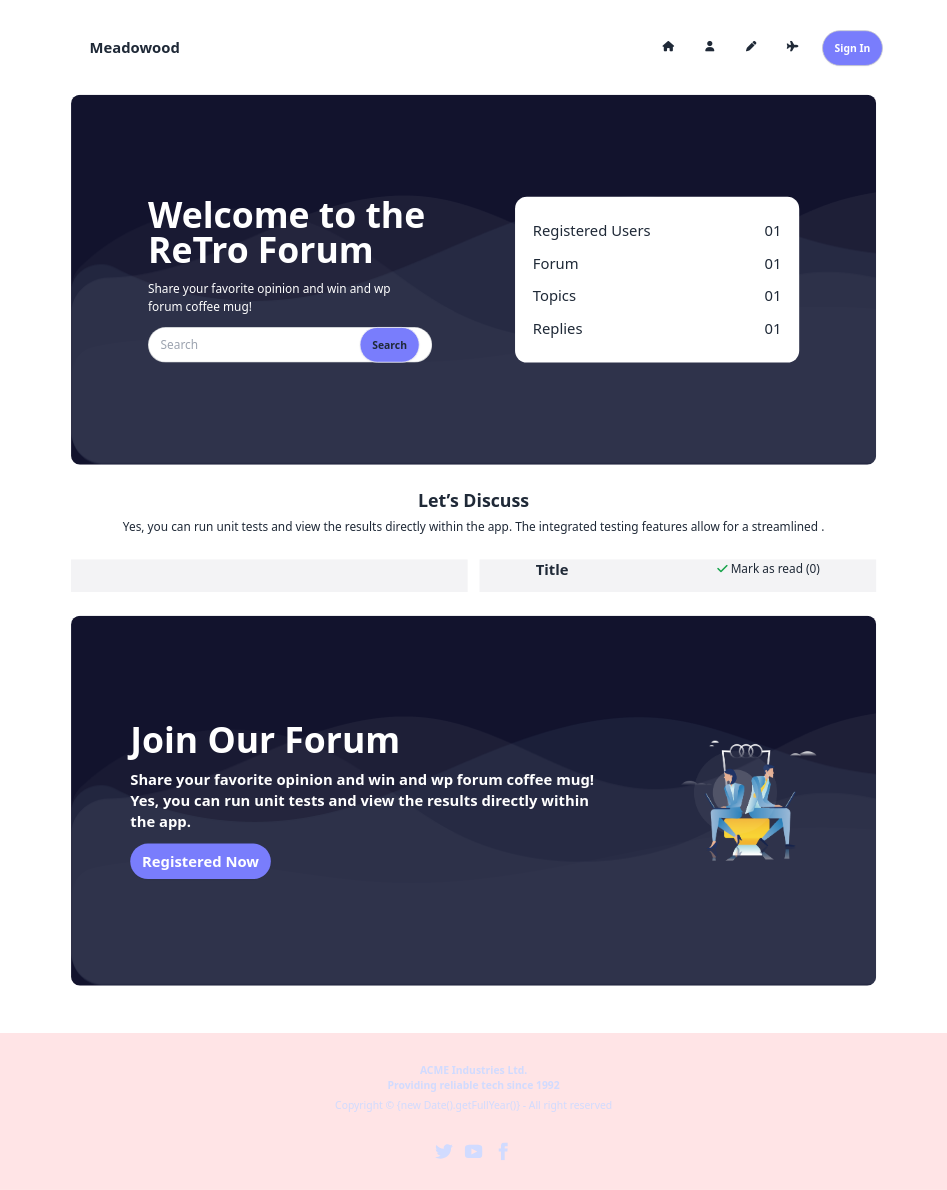
Repository: RudrasahaDibos/Meadowood-Forum
Page: index.html
An editor plug-in stored every save of this project. The page is shown before and after the next save, followed by the edit.
The browser window is 1280 px wide. The pictures show the whole page, at 74% of full size.
The page's requests for data from a server got no answer. Some web libraries are served in a nearby version.

Above is the page before, as saved 2024-11-25 11:14:28.

### index.html
<!DOCTYPE html>
<html lang="en">
    <head>
        <meta charset="UTF-8">
        <meta name="viewport" content="width=device-width, initial-scale=1.0">
        <title>Meadowood Forum</title>

        <!-- tailwind  -->
        <link
            href="https://cdn.jsdelivr.net/npm/daisyui@4.12.14/dist/full.min.css"
            rel="stylesheet" type="text/css" />
        <script src="https://cdn.tailwindcss.com"></script>

        <!-- font awesome  -->
        <link rel="stylesheet"
            href="https://cdnjs.cloudflare.com/ajax/libs/font-awesome/6.7.1/css/all.min.css"
            integrity="sha512-5Hs3dF2AEPkpNAR7UiOHba+lRSJNeM2ECkwxUIxC1Q/FLycGTbNapWXB4tP889k5T5Ju8fs4b1P5z/iB4nMfSQ=="
            crossorigin="anonymous" referrerpolicy="no-referrer" />

    </head>
    <body >
        <!-- header is start here  -->
        <header class="mt-8 container mx-auto lg:px-24 px-8">
            <!-- navbar is start here  -->
            <div class="navbar bg-base-100">
                <div class="flex-1">
                    <a class="btn btn-ghost text-xl">Meadowood</a>
                </div>
                <div class="flex-none">
                    <div class="dropdown dropdown-end mr-6">
                        <div role="button"
                            class="btn btn-ghost btn-circle flex w-full  ">
                            <div
                                class="indicator rounded-full border-1 h-8 w-8 mr-4 tooltip"
                                data-tip="home">
                                <i
                                    class="fa-solid fa-house h-5 w-5 mx-auto mt-2"></i>
                            </div>
                            <div
                                class="indicator rounded-full border-1 h-8 w-8 mr-4 tooltip"
                                data-tip="User">
                                <i
                                    class="fa-solid fa-user h-5 w-5 mx-auto mt-2"></i>
                            </div>
                            <div
                                class="indicator rounded-full border-1 h-8 w-8 mr-4 tooltip"
                                data-tip="pen">
                                <i
                                    class="fa-solid fa-pen h-5 w-5 mx-auto mt-2"></i>
                            </div>
                            <div
                                class="indicator rounded-full border-1 h-8 w-8 mr-4 tooltip"
                                data-tip="flight">
                                <i
                                    class="fa-solid fa-plane h-5 w-5 mx-auto mt-2"></i>
                            </div>
                        </div>

                    </div>
                    <div class="dropdown dropdown-end">
                        <div tabindex="0" role="button"
                            class="btn btn-ghost btn-circle avatar">

                            <button
                                class="btn btn-active bg-[#797DFC] text-white rounded-full ">Sign
                                In</button>

                        </div>
                        <ul
                            tabindex="0"
                            class="menu menu-sm dropdown-content bg-base-100 rounded-box z-[1] mt-3 w-52 p-2 shadow">
                            <li>
                                <a class="justify-between">
                                    Profile
                                    <span class="badge">New</span>
                                </a>
                            </li>
                            <li><a>Settings</a></li>
                            <li><a>Logout</a></li>
                        </ul>
                    </div>
                </div>
            </div>
            <!-- navbar is  end here  -->

            <!-- bannner start here  -->
            <div
                class="lg:w-full w-[450px] relative bg-no-repeat bg-cover h-[500px] z-0 rounded-xl overflow-hidden mt-8 bg-[#12132D]"
                style="background-image: url('/images/bgbanner.png');">
                <div
                    class="relative top-0 left-0 w-full h-full z-10  flex lg:flex-row flex-col justify-center items-center gap-28 ">

                    <div class="lg:space-y-4 space-y-2 lg:mt-0 mt-20">
                        <h2
                            class="lg:text-5xl text-xl font-extrabold font-manrope text-white">Welcome
                            to the <br> ReTro Forum</h2>
                        <p class="text-white">Share your favorite opinion and
                            win and wp <br> forum coffee mug!</p>
                        <label
                            class="input input-bordered flex items-center gap-2 w-96 rounded-full">
                            <input type="text" class="grow"
                                placeholder="Search" />
                            <button
                                class="btn bg-[#797DFC] rounded-full">Search</button>
                        </label>
                    </div>

                    <div
                        class="menu bg-[#FFFFFF] rounded-box w-96 h-56 lg:mb-0 mb-20">
                        <div class="p-4 space-y-4 mt-2 ">

                            <div class="flex justify-between"><a
                                    class="text-xl ">Registered Users</a><a
                                    class="text-xl ">01</a></div>
                            <div class="flex justify-between"><a
                                    class="text-xl ">Forum</a><a
                                    class="text-xl">01</a></div>
                            <div class="flex justify-between"><a
                                    class="text-xl ">Topics</a><a
                                    class="text-xl">01</a></div>
                            <div class="flex justify-between"><a
                                    class="text-xl ">Replies</a><a
                                    class="text-xl ">01</a></div>
                        </div>
                    </div>

                </div>
            </div>
            <!-- bannner end here  -->

        </header>
        <!-- header is end here  -->

        <!-- main is start here  -->
        <main class="container mx-auto lg:px-24 px-8">
            <!-- Let’s Discuss  starts here  -->
           <div class="ml-4 lg:ml-0">
            <h1 class="text-2xl text-center font-semibold mt-8">Let’s Discuss</h1>
            <p class="text-center mx-auto mt-2 ">Yes, you can run unit tests and view the results directly within
                the app. The integrated testing features allow for a streamlined
                .</p>
           </div>
            <!-- Let’s Discuss start here -->
            <section class="mt-8">
                <!-- card start here -->
                    <div class="flex gap-4 flex-col lg:flex-row  ">
                        <div  id="card-conatiner" class="space-y-4 bg-[#F3F3F5] lg:w-full  w-[450px]  ">


                        </div>

                        <!-- card ends here -->

                        <div class="space-y-4 bg-[#F3F3F5] lg:w-full w-96 flex flex-col  items-center ">
                             <div class="flex gap-4 justify-between w-96">
                                <p class="text-xl font-bold">Title</p>
                                <p ><i class="fa-solid fa-check text-green-600"></i> Mark as read (<span id="mark-read">0</span>)</p>
                             </div>
                            <div id="secondcard-container" class="space-y-4 bg-[#F3F3F5] lg:w-full  w-[450px] ">


                                 <div>

                                 </div>


                              </div>


                        </div>
                    </div>
                    <!-- card end here -->
            </section>

                 <!-- resgistart start here  -->
                       <section class="mt-8">
                        <div
                        class="lg:w-full w-[450px] relative bg-no-repeat bg-cover h-[500px] z-0 rounded-xl overflow-hidden mt-8 bg-[#12132D] p-20"
                        style="background-image: url('/images/bgbanner.png');">
                        <div
                            class="relative top-0 left-0 w-full h-full z-10  flex lg:flex-row flex-col justify-center items-center gap-28 ">

                            <div class="lg:space-y-4 space-y-2 lg:mt-0 mt-24">
                                <h2
                                    class="lg:text-5xl text-xl font-extrabold font-manrope text-white">Join Our Forum</h2>
                                <p class="text-white text-xl font-bold ">Share your favorite opinion and win and wp forum coffee mug! Yes, you can  run unit tests and view the results directly within the app. </p>


                                    <button
                                        class="btn bg-[#797DFC] rounded-full text-white border-none  mx-auto text-xl ">Registered Now</button>

                            </div>

                            <div
                                class="">
                                 <img src="images/joinforum.png" alt="">
                            </div>

                        </div>
                    </div>
                       </section>

                 <!-- registart end here -->

                <!-- latest card  startt here -->
                 <section class="mt-8">

                  <div id="latest-card" class="grid lg:grid-cols-3 grid-cols-1">

                  </div>
                 </section>

                <!-- latest crd end here -->


        </main>
        <!-- main is end here  -->

        <!-- footer is start here  -->
        <footer class="footer footer-center bg-rose-100 text-primary-content p-10 mt-8">
            <aside>

              <p class="font-bold">
                ACME Industries Ltd.
                <br />
                Providing reliable tech since 1992
              </p>
              <p>Copyright © {new Date().getFullYear()} - All right reserved</p>
            </aside>
            <nav>
              <div class="grid grid-flow-col gap-4">
                <a>
                  <svg
                    xmlns="http://www.w3.org/2000/svg"
                    width="24"
                    height="24"
                    viewBox="0 0 24 24"
                    class="fill-current">
                    <path
                      d="M24 4.557c-.883.392-1.832.656-2.828.775 1.017-.609 1.798-1.574 2.165-2.724-.951.564-2.005.974-3.127 1.195-.897-.957-2.178-1.555-3.594-1.555-3.179 0-5.515 2.966-4.797 6.045-4.091-.205-7.719-2.165-10.148-5.144-1.29 2.213-.669 5.108 1.523 6.574-.806-.026-1.566-.247-2.229-.616-.054 2.281 1.581 4.415 3.949 4.89-.693.188-1.452.232-2.224.084.626 1.956 2.444 3.379 4.6 3.419-2.07 1.623-4.678 2.348-7.29 2.04 2.179 1.397 4.768 2.212 7.548 2.212 9.142 0 14.307-7.721 13.995-14.646.962-.695 1.797-1.562 2.457-2.549z"></path>
                  </svg>
                </a>
                <a>
                  <svg
                    xmlns="http://www.w3.org/2000/svg"
                    width="24"
                    height="24"
                    viewBox="0 0 24 24"
                    class="fill-current">
                    <path
                      d="M19.615 3.184c-3.604-.246-11.631-.245-15.23 0-3.897.266-4.356 2.62-4.385 8.816.029 6.185.484 8.549 4.385 8.816 3.6.245 11.626.246 15.23 0 3.897-.266 4.356-2.62 4.385-8.816-.029-6.185-.484-8.549-4.385-8.816zm-10.615 12.816v-8l8 3.993-8 4.007z"></path>
                  </svg>
                </a>
                <a>
                  <svg
                    xmlns="http://www.w3.org/2000/svg"
                    width="24"
                    height="24"
                    viewBox="0 0 24 24"
                    class="fill-current">
                    <path
                      d="M9 8h-3v4h3v12h5v-12h3.642l.358-4h-4v-1.667c0-.955.192-1.333 1.115-1.333h2.885v-5h-3.808c-3.596 0-5.192 1.583-5.192 4.615v3.385z"></path>
                  </svg>
                </a>
              </div>
            </nav>
          </footer>
        <!-- footer is end here  -->
         <script src="app.js"></script>
    </body>
</html>

### app.js
const loadforum = async() =>{
    const res = await fetch('https://openapi.programming-hero.com/api/retro-forum/posts')
    const data =await res.json()
    const CardContainer = document.getElementById('card-conatiner')

    data.posts.forEach(items => {
        console.log(items)
         const div = document.createElement('div')
         div.classList = `card card-side bg-base-100 shadow-xl`
         div.innerHTML =`
                                         <div class="avatar indicator">

                                           <span class="indicator-item ml-16 mt-4  indicator-start badge badge-secondary">${items.isActive === false}</span>
                                        <div class="lg:h-20 lg:ml-2 lg:mt-3 lg:w-full lg:mx-auto lg:rounded-3xl rounded-full h-20 ">
                                          <img
                                            alt="Tailwind CSS examples"
                                            src="${items.image}" />
                                        </div>
                                      </div>

                                <div class="card-body">
                                    <div class="flex justify-between">
                                        <p>#${items.category}</p>
                                        <p>Author : ${items.author.name}</p>
                                    </div>
                                  <h2 class="card-title">${items.title}</h2>
                                  <p>${items.description}</p>
                                   <p class="border-2 border-dotted "></p>
                                    <div class="flex justify-between">
                                        <div class="flex gap-4 ">
                                       <p class="flex justify-center items-center gap-2"><i class="fa-regular fa-message"></i>${items.comment_count}</p>
                                        <p class="flex justify-center items-center gap-2"><i class="fa-regular fa-eye"></i>${items.posted_time}</p>
                                        <p class="flex justify-center items-center gap-2"><i class="fa-regular fa-compass"></i>${items.view_count}</p>
                                        </div>
                                        <div class=" bg-green-600 h-10 w-10 rounded-full">
                                        <button onClick="handledetails('${items.title}','${items.view_count}')"><i class="fa-solid fa-envelope text-white flex justify-center items-center ml-3 mt-3"></i> </button>

                                        </div>
                                    </div>

                                </div>


         `
         CardContainer.appendChild(div)
    });
}

  const handledetails = async(title,view_count) =>{
    const Cart = getValueElementById('mark-read')
    const totalCart = Cart +1
    setInnerText('mark-read',totalCart)


    const secondcard = document.getElementById('secondcard-container')
        const div = document.createElement('div')
        div.classList = `card  bg-base-100 shadow-xl`
        div.innerHTML = `


                                <div class="card-body flex mx-auto justify-between">
                                   <div>
                                      <h2 class="">${title}</h2>
                                 </div>
                                    <div>
                                        <p class=""><i class="fa-regular fa-eye">${view_count}</i></p>
                                 </div>


                                </div>

        `
        secondcard.appendChild(div)


  }


  function setInnerText(id,value){
    document.getElementById(id).innerText = value
  }

  function getValueElementById(id){
    const getvalueText = document.getElementById(id).innerText
    const getValueint = parseInt(getvalueText)
    return getValueint
   }
   const loadletest = async() =>{
       const res = await fetch(' https://openapi.programming-hero.com/api/retro-forum/latest-posts')
       const data = await res.json()

       const latestCard = document.getElementById('latest-card')
       data.forEach(items => {
        console.log(items)
          const div = document.createElement('div')
          div.classList =`card bg-base-100 w-96 shadow-xl`
          div.innerHTML=`
                             <figure class="px-10 pt-10">
                            <img
                              src="${items.cover_image}"
                              alt=""
                              class="rounded-xl" />
                          </figure>

                          <div class="card-body ">
                          <h2 class="flex items-center  gap-4"><i class="fa-solid fa-calendar-days"></i>${items.author.posted_date || 'No publish date'}</h2>
                            <h2 class="card-title">${items.title}</h2>
                            <p>${items.description}</p>
                            <div class="navbar bg-base-100">

                    <div class="flex-none gap-2">
                        <div class="dropdown dropdown-end">
                            <div tabindex="0" role="button" class="btn btn-ghost btn-circle avatar">
                              <div class="w-10 rounded-full">
                                <img
                                  alt="Tailwind CSS Navbar component"
                                  src="${items.profile_image}" />
                              </div>
                            </div>

                          </div>

                           <div class="">
                              <h2 class="text-2xl text-black font-bold">${items.author.name}</h2>
                              <span>${items.author.designation || "Unknown"}</span>
                           </div>

                    </div>
                  </div>
                          </div>
          `
          latestCard.appendChild(div)
       });
   }


loadforum()
loadletest()

After the next save:
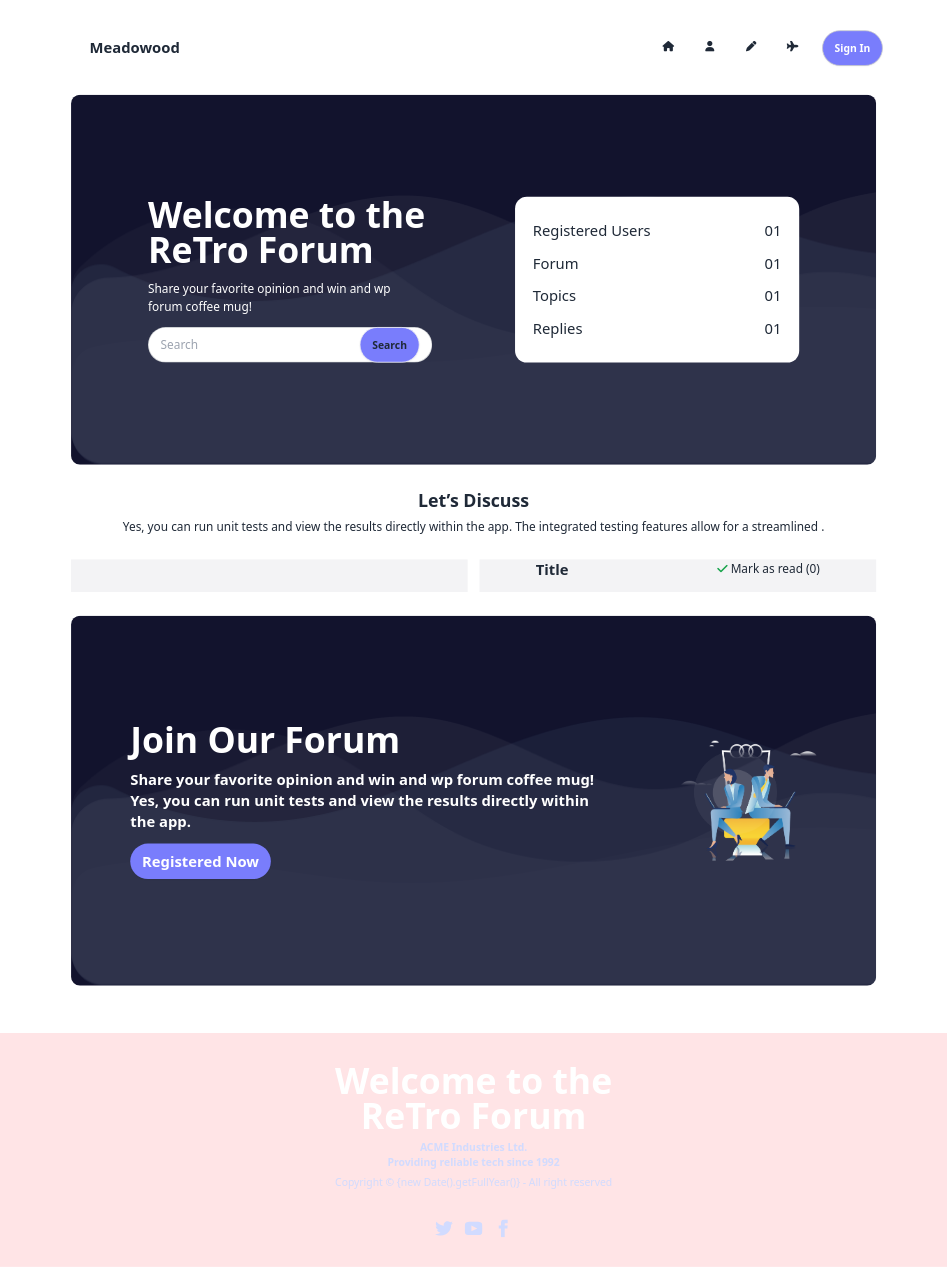
Saved 26 s later.
--- a/index.html
+++ b/index.html
@@ -219,7 +219,9 @@
         <!-- footer is start here  -->
         <footer class="footer footer-center bg-rose-100 text-primary-content p-10 mt-8">
             <aside>
-
+                <h2
+                class="lg:text-5xl text-xl font-extrabold font-manrope text-white">Welcome
+                to the <br> ReTro Forum</h2>
               <p class="font-bold">
                 ACME Industries Ltd.
                 <br />
